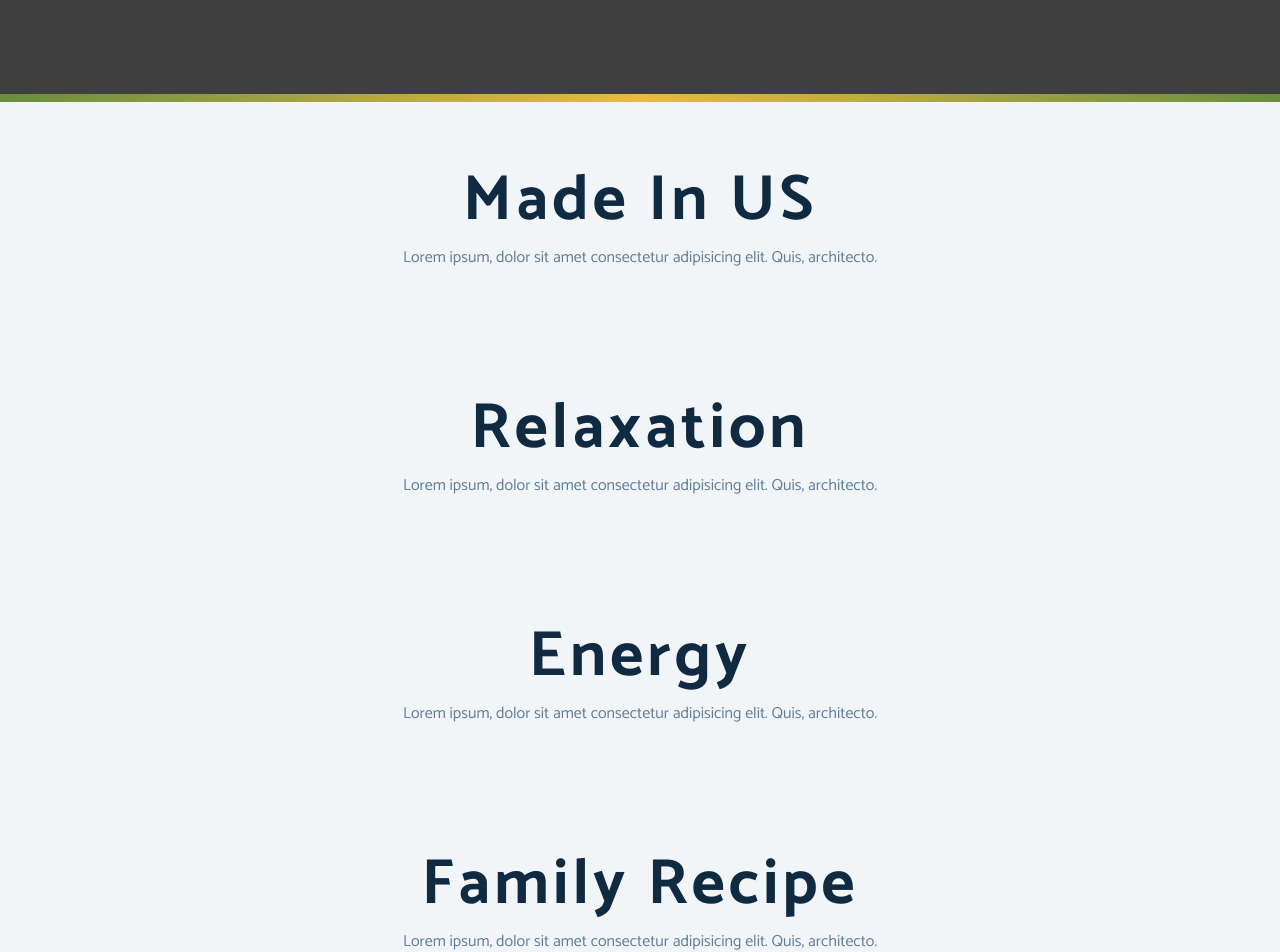
Repository: waniArif/tea-project
Page: index.html
The author's editor kept a copy of each file at every save. The page is drawn from the files as they stood at one save, then again after the next save.
The browser window is 1280 px wide. The pictures show the part of the page from y = 626 to 1578 px (the page is 1640 px tall before and 1736 px after).
Pictures or frames that could not be fetched are drawn as grey boxes. Some icons come from a web library that is not loaded, so they are not drawn. Backgrounds fixed to the window are drawn as part of the page. Some web fonts or font styles are not loaded; a fallback is used.

Above is the page before, as saved 2021-07-04 15:16:27.
Console error: TypeError: Cannot read properties of null (reading 'addEventListener')

### index.html
<!DOCTYPE html>
<html lang="en">
  <head>
    <meta charset="UTF-8" />
    <meta name="viewport" content="width=device-width, initial-scale=1.0" />
    <meta http-equiv="X-UA-Compatible" content="ie=edge" />
    <title>Tea Station || Home</title>
    <!-- font-awesome -->
    <link
      rel="stylesheet"
      href="./fontawesome-free-5.12.1-web/css/all.min.css"
    />
    <!-- custom css -->
    <link rel="stylesheet" href="./css/styles.css" />
  </head>
  <body>
    <!-- navbar here -->
    <!-- header here -->

    <header class="header">
      <div class="banner">
        <h2>Over one hundred flavours</h2>
        <h1>
          Wani's<br />
          Crafted tea
        </h1>
        <a href="skills.html" class="btn banner-btn">explore</a>
      </div>
    </header>
    <!-- header ends here -->
    <div class="content-divider"></div>
    <!-- skills section -->

    <section class="skills clearfix">
      <!-- single skill -->
      <article class="skill">
        <span class="skill-icon">
          <i class="fas fa-mug-hot"></i>
        </span>
        <h4 class="skill-title">made in US</h4>
        <p class="skill-text">
          Lorem ipsum, dolor sit amet consectetur adipisicing elit. Quis,
          architecto.
        </p>
      </article>
      <!-- end of a single skill -->
      <!-- single skill -->
      <article class="skill">
        <span class="skill-icon">
          <i class="fas fa-glass-cheers"></i>
        </span>
        <h4 class="skill-title">relaxation</h4>
        <p class="skill-text">
          Lorem ipsum, dolor sit amet consectetur adipisicing elit. Quis,
          architecto.
        </p>
      </article>
      <!-- end of a single skill -->
      <!-- single skill -->
      <article class="skill">
        <span class="skill-icon">
          <i class="fas fa-bomb"></i>
        </span>
        <h4 class="skill-title">Energy</h4>
        <p class="skill-text">
          Lorem ipsum, dolor sit amet consectetur adipisicing elit. Quis,
          architecto.
        </p>
      </article>
      <!-- end of a single skill -->
      <!-- single skill -->
      <article class="skill">
        <span class="skill-icon">
          <i class="fas fa-mortar-pestle"></i>
        </span>
        <h4 class="skill-title">family recipe</h4>
        <p class="skill-text">
          Lorem ipsum, dolor sit amet consectetur adipisicing elit. Quis,
          architecto.
        </p>
      </article>
      <!-- end of a single skill -->
    </section>
    <!--  end of skills section -->

    <script src="app.js"></script>
  </body>
</html>

### css/styles.css
/*
===================
Fonts
===================
*/

@import url("https://fonts.googleapis.com/css?family=Catamaran:400,700|Grand+Hotel");

/*
===================
Variables
===================
*/

:root {
  --clr-primary: #678e3e;
  --clr-primarylight: #beed8c;
  --clr-grey-1: #102a42;
  --clr-grey-5: #617d98;
  --clr-grey-10: #f1f5f8;
  --clr-white: #fff;
  --ff-primary: "Catamaran", sans-serif;
  --ff-secondary: "Grand Hotel", cursive;
  --transition: all 0.3 linear;
  --spacing: 0.25rem;
  --radius: 0.5rem;
}

* {
  margin: 0;
  padding: 0;
  box-sizing: border-box;
}

body {
  font-family: var(--ff-primary);
  background: var(--clr-white);
  color: var(--clr-grey-1);
  line-height: 1.5rem;
  font-size: 0.875rem;
}

a {
  text-decoration: none;
}

img {
  width: 100%;
  display: block;
}

h1,
h2,
h3,
h4 {
  letter-spacing: var(--spacing);
  text-transform: capitalize;
  line-height: 1.25;
  margin-bottom: 0.75rem;
}

h1 {
  font-size: 3rem;
}

h2 {
  font-size: 2rem;
}

h3 {
  font-size: 1.5rem;
}

h4 {
  font-size: 0.875rem;
}

p {
  margin-bottom: 1.25rem;
}

@media screen and (min-width: 800px) {
  h1 {
    font-size: 4rem;
  }
  h2 {
    font-size: 2.5rem;
  }
  h3 {
    font-size: 2rem;
  }
  h4 {
    font-size: 4rem;
  }
  body {
    font-size: 1rem;
  }
  h1,
  h2,
  h3,
  h4 {
    line-height: 1;
  }
}

/* more global css */

.btn {
  text-transform: uppercase;
  background: var(--clr-primary);
  color: var(--clr-white);
  padding: 0.75rem 1rem;
  letter-spacing: var(--spacing);
  display: inline-block;
  font-weight: 700;
  transition: var(--transition);
  font-size: 1rem;
  border: none;
  cursor: pointer;
  box-shadow: 0 1px 3px rgba(0, 0, 0, 0.2);
}
.btn:hover {
  color: var(--clr-primary);
  background: var(--clr-primarylight);
}

/*
===================
Header
===================
*/

.header {
  min-height: 100vh;
  background: linear-gradient(rgba(0, 0, 0, 0.6), rgba(0, 0, 0, 0.6)),
    url("../images/main-bcg.jpeg") center/cover no-repeat fixed;

  position: relative;
  /* animation */
  overflow-x: hidden;
}

.banner {
  text-align: center;
  position: absolute;
  top: 50%;
  left: 50%;
  transform: translate(-50%, -50%);
}
.banner h2 {
  font-family: var(--ff-secondary);
  color: var(--clr-primary);
  /* animation */
}
.banner h1 {
  text-transform: uppercase;
  color: var(--clr-white);
  margin-top: 1.25rem;
  margin-bottom: 2rem;
  /* animation */
}
.banner-btn {
  outline: 0.125rem solid var(--clr-primary);
  outline-offset: 0.25rem;
  font-size: 1.25rem;
  padding: 1rem 1.75rem;
}

/* content-divider */

.content-divider {
  height: 0.5rem;
  background: linear-gradient(
    to left,
    var(--clr-primary),
    #e9b949,
    var(--clr-primary)
  );
}

/*
===================
Skills
===================
*/

.skills {
  background: var(--clr-grey-10);
}
.skill {
  padding: 2.5rem 0;
  text-align: center;
  transition: var(--transition);
}

.skill-icon {
  font-size: 2.5rem;
  margin-bottom: 1.25rem;
  transition: var(--transition);
  display: inline-block;
  color: var(--clr-primary);
}

.skill-text {
  color: var(--clr-grey-5);
}

Loaded but not shown: app.js (common file)

After the next save:
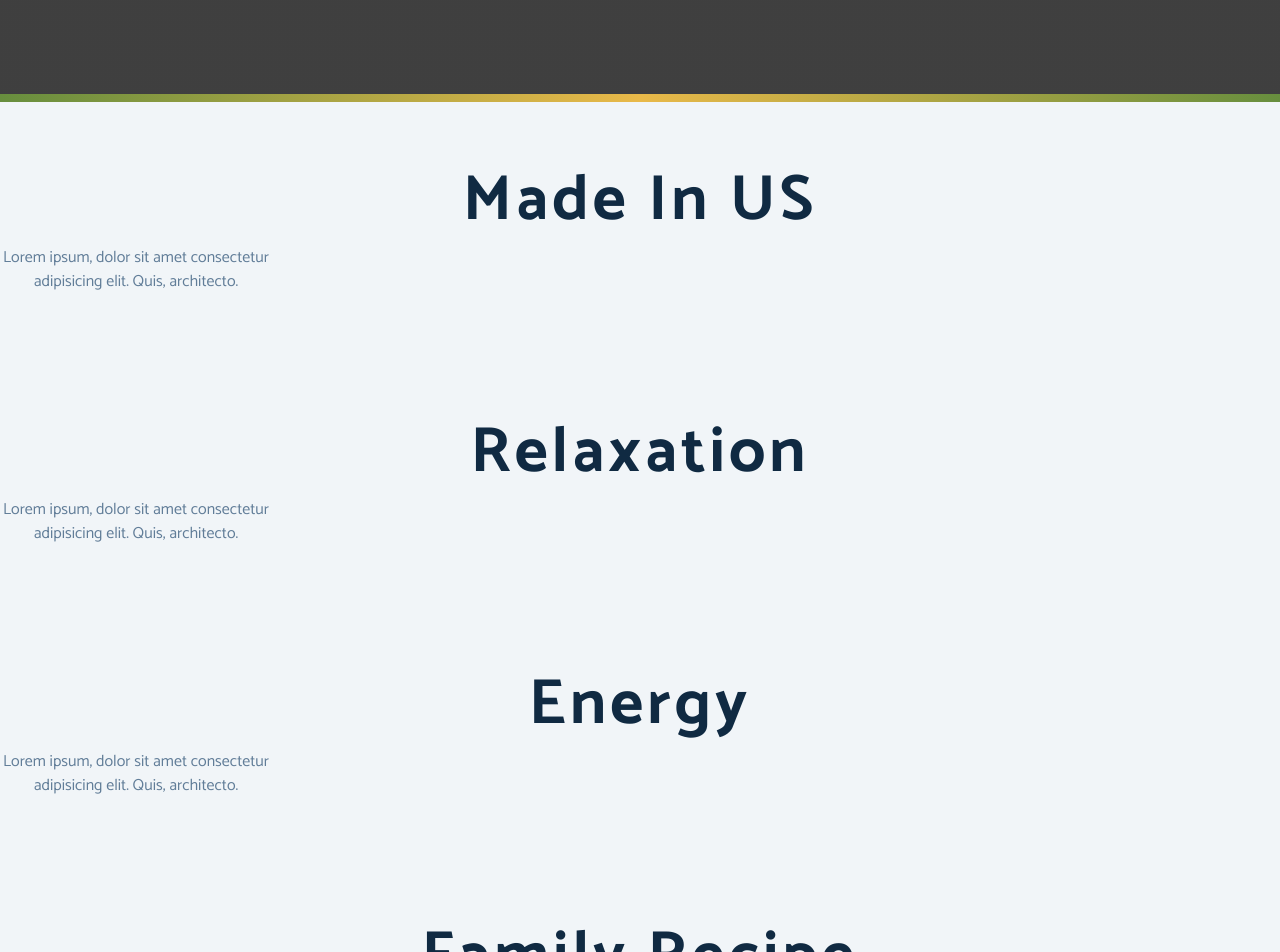
Saved 42 s later.
--- a/css/styles.css
+++ b/css/styles.css
@@ -203,4 +203,5 @@ Skills
 
 .skill-text {
   color: var(--clr-grey-5);
-}
+  max-width: 17rem;
+}
